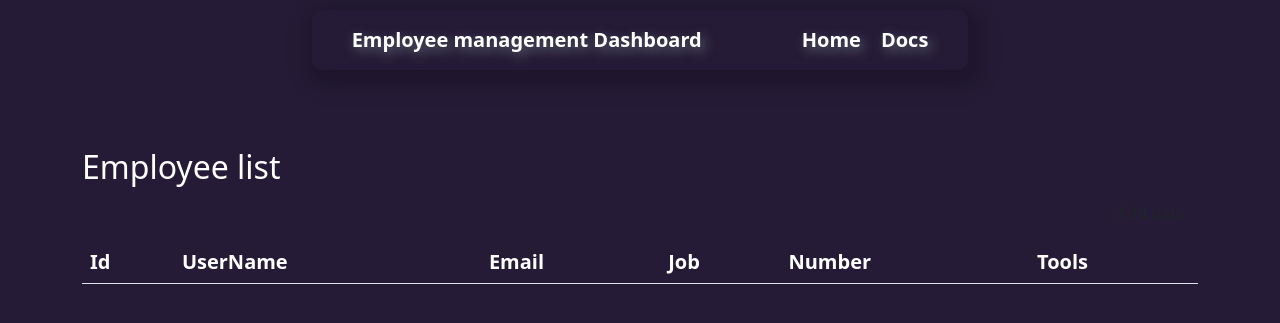
Repository: iamevs/Employee-Management-System
Page: /home (app in client/)
The author's editor kept a copy of each file at every save. The page is drawn from the files as they stood at one save, then again after the next save.
The browser window is 1280 px wide. The pictures show the whole page.
The page's requests for data from a server got no answer. The project was rebuilt for these pictures with package versions that can differ from the ones it lists, and the page was loaded fresh each time. No one was signed in, and anything a server would have sent is missing. Also part of the build but not shown: client/vite.config.js, client/src/components/Register.jsx, client/src/components/Edit.jsx, client/src/components/Hero.jsx. Imported but missing from the stored project, and not drawn on this page: client/src/components/Details.

Above is the page before, as saved 2022-11-29 00:09:28.

After the next save:
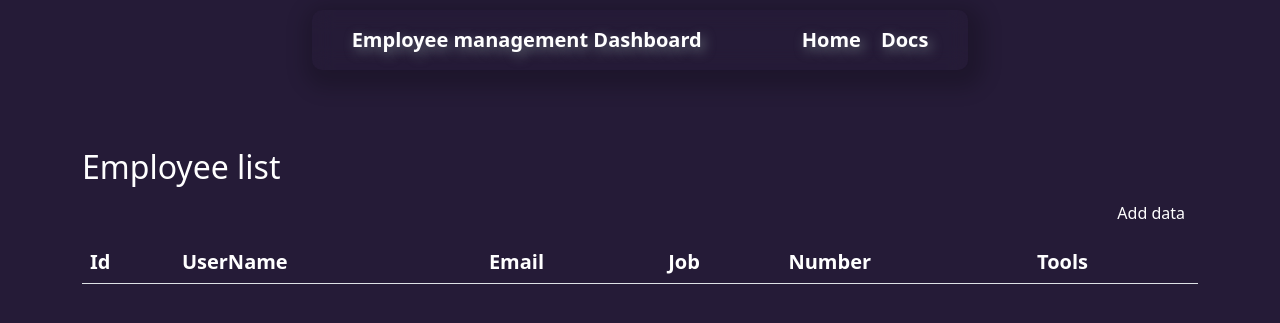
Saved 6 s later.
--- a/client/src/components/Home.jsx
+++ b/client/src/components/Home.jsx
@@ -109,7 +109,7 @@ const Home = () => {
 
                     <h2 style={{ marginTop: "30px" }}>Employee list </h2>
                     <div className="add_btn mt-2 mb-2">
-                        <NavLink to="/register" className="btn">Add data</NavLink>
+                        <NavLink to="/register" className="btn text-white">Add data</NavLink>
                     </div>
 
                     <div className='table-responsive'>
